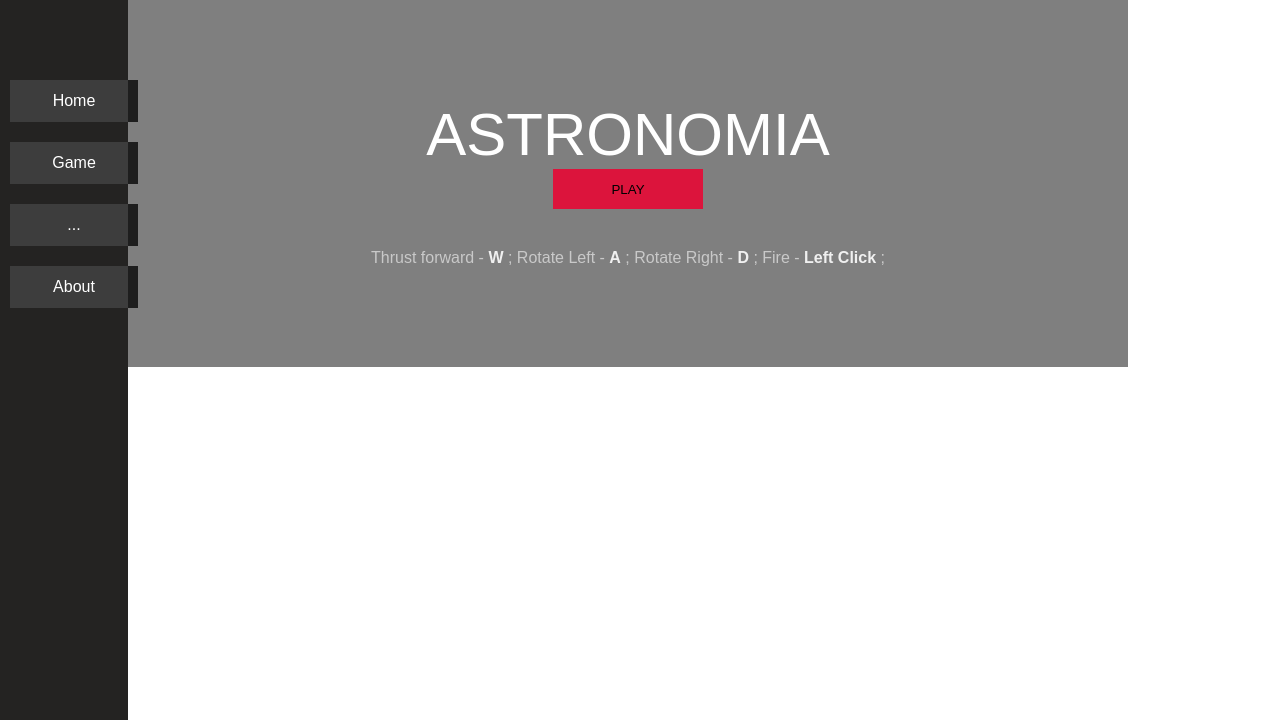
Repository: LaukiniXs/astronomia
Page: index.html
The author's editor kept a copy of each file at every save. The page is drawn from the files as they stood at one save, then again after the next save.
The browser window is 1280 px wide. The pictures show the whole page.

Above is the page before, as saved 2020-05-18 13:24:34.
Not found: index.ts

After the next save:
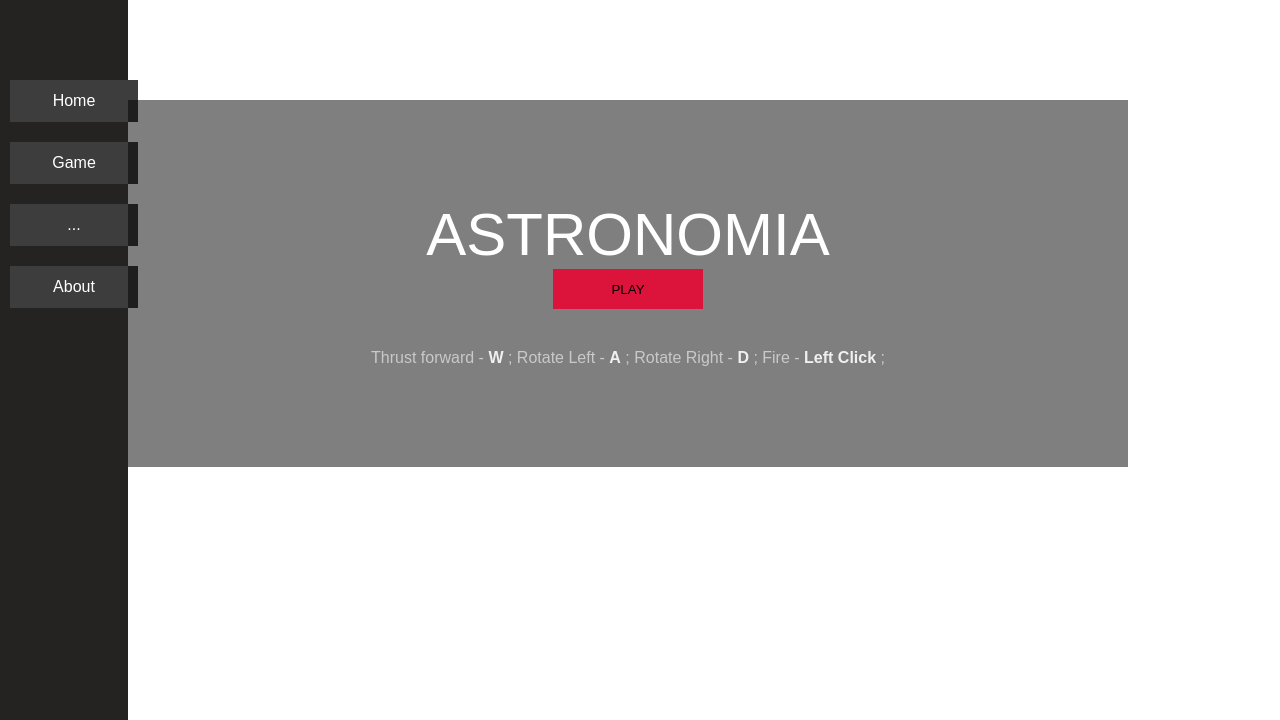
Saved 8 s later.
--- a/style.css
+++ b/style.css
@@ -99,7 +99,7 @@
   float: left;
 }
 #gamediv{
-  margin-top: auto;
+  margin-top: 100px;
 float: left;
 
 }
